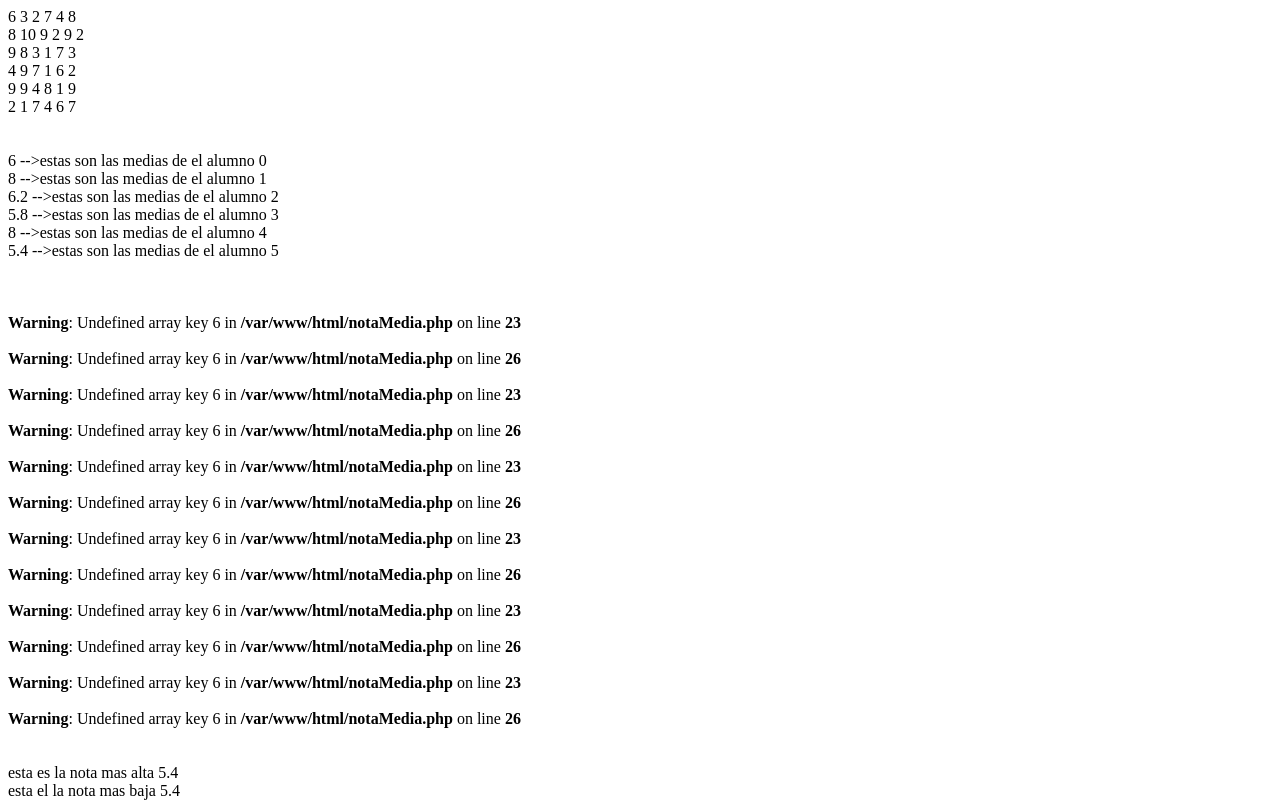
Repository: Sxcram02/1-daw
Page: http://localhost/notaMedia.php
These files come from the project's save history. The page is drawn as it stood at one moment and after the next save; the edit follows.
The browser window is 1280 px wide. The pictures show the whole page.
The page is run by PHP 8.4 with error messages shown; the project is at /var/www/html/.

Above is the page before, as saved 2023-01-19 16:49:09.

### PHP/notaMedia.php
<?php
    for($fila=0;$fila<=5;$fila++){
        for($columna=0;$columna<=5;$columna++){
            $notas_alumnos[$fila][$columna] = rand(1,10);
            echo $notas_alumnos[$fila][$columna], " ";
        };
        echo "<br />";
    };
    echo "<br />";
    echo "<br />";

    for($v1=0;$v1<=5;$v1++){
            $nota_media[$v1] = array_sum($notas_alumnos[$v1])/5;
            echo $nota_media[$v1],"  -->", "estas son las medias de el alumno ", $v1;
            echo "<br />";
    };

    echo "<br />";
    echo "<br />";

    for($may=0;$may<=5;$may++){
        for($men=0;$men<=5;$men++){
            if($nota_media[$may] > $nota_media[$men+1]){
                $mayor = $nota_media[$may];
            };
            if($nota_media[$may] < $nota_media[$men+1]){
                $menor = $nota_media[$may];
            };
        };
    };

    echo "<br />";
    echo "<br />";

    echo "esta es la nota mas alta ", $mayor;
    echo "<br />";
    echo "esta el la nota mas baja ", $menor;

?>

After the next save:
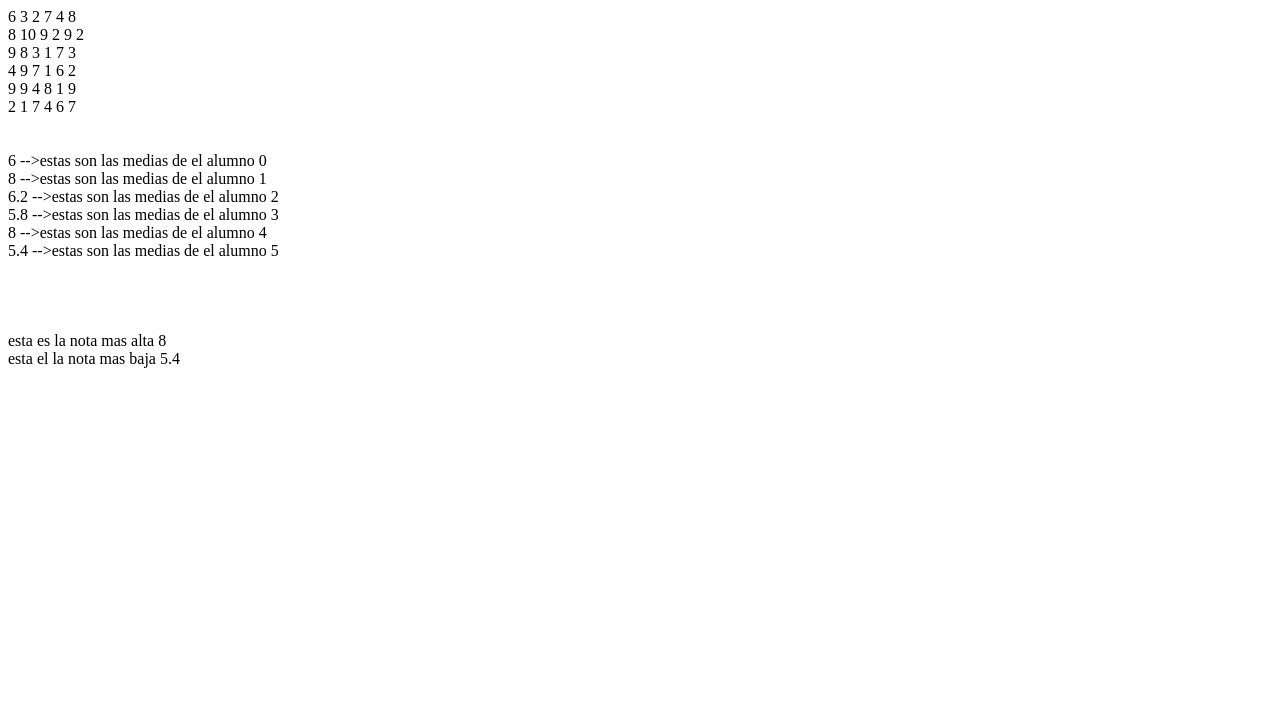
Saved 17 s later.
--- a/PHP/notaMedia.php
+++ b/PHP/notaMedia.php
@@ -20,10 +20,10 @@
 
     for($may=0;$may<=5;$may++){
         for($men=0;$men<=5;$men++){
-            if($nota_media[$may] > $nota_media[$men+1]){
+            if($nota_media[$may] > $nota_media[$men]){
                 $mayor = $nota_media[$may];
             };
-            if($nota_media[$may] < $nota_media[$men+1]){
+            if($nota_media[$may] < $nota_media[$men]){
                 $menor = $nota_media[$may];
             };
         };
